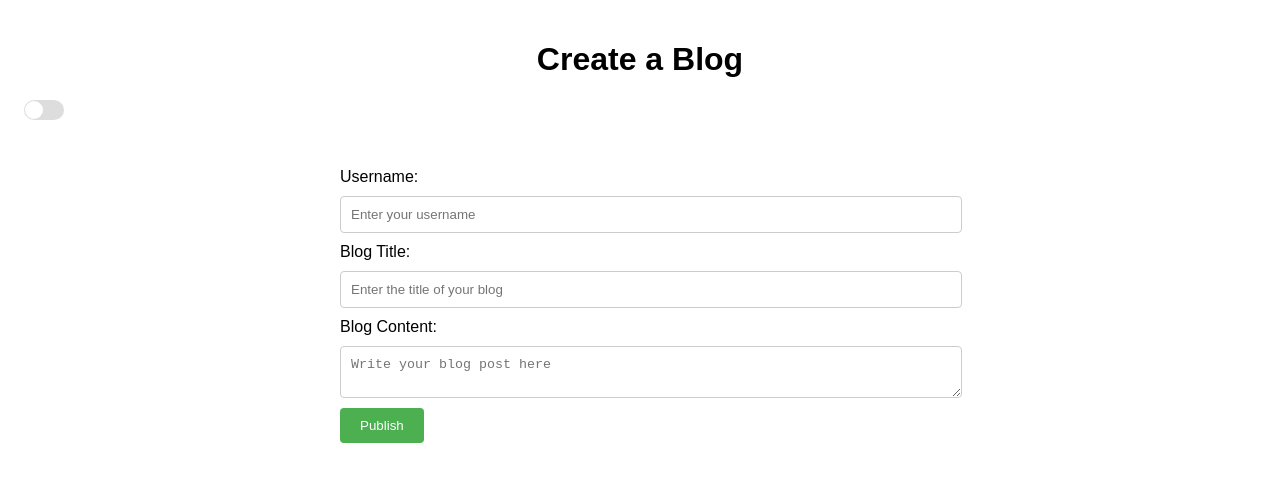
Repository: PaigeC001/WeatherOutlookTracker
Page: Challenge-4/index.html
These files come from the project's save history. The page is drawn as it stood at one moment and after the next save; the edit follows.
The browser window is 1280 px wide. The pictures show the whole page.

Above is the page before, as saved 2024-06-25 01:04:14.

After the next save:
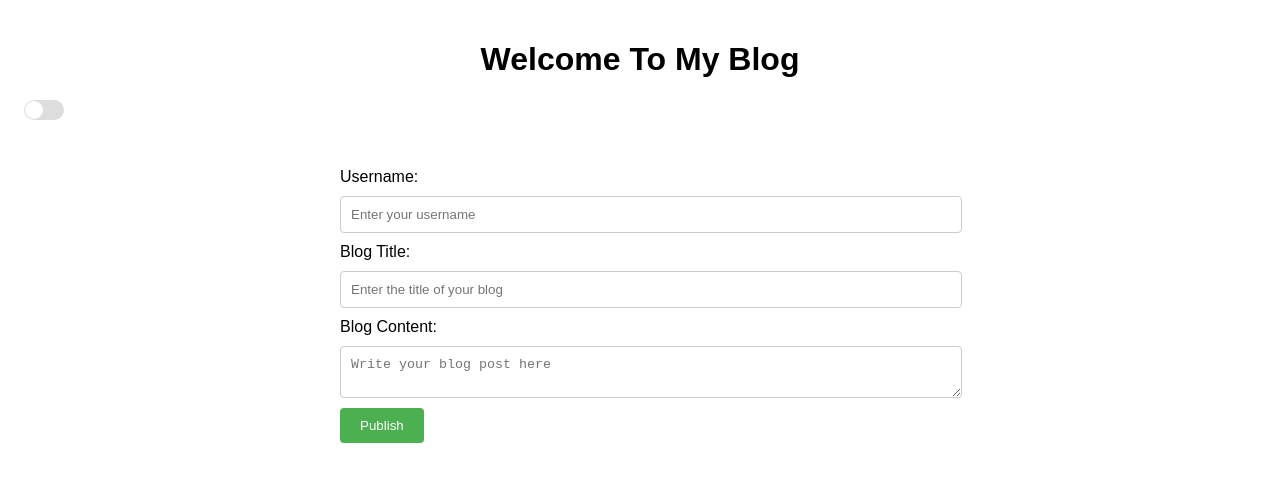
Saved 3 min 9 s later.
--- a/Challenge-4/index.html
+++ b/Challenge-4/index.html
@@ -5,7 +5,7 @@
   <link rel="stylesheet" type="text/css" href="styles.css">
 </head>
 <body>
-  <h1>Create a Blog</h1>
+  <h1>Welcome To My Blog</h1>
   <div class="toggle-container">
     <input type="checkbox" id="toggle">
     <label for="toggle"></label>
